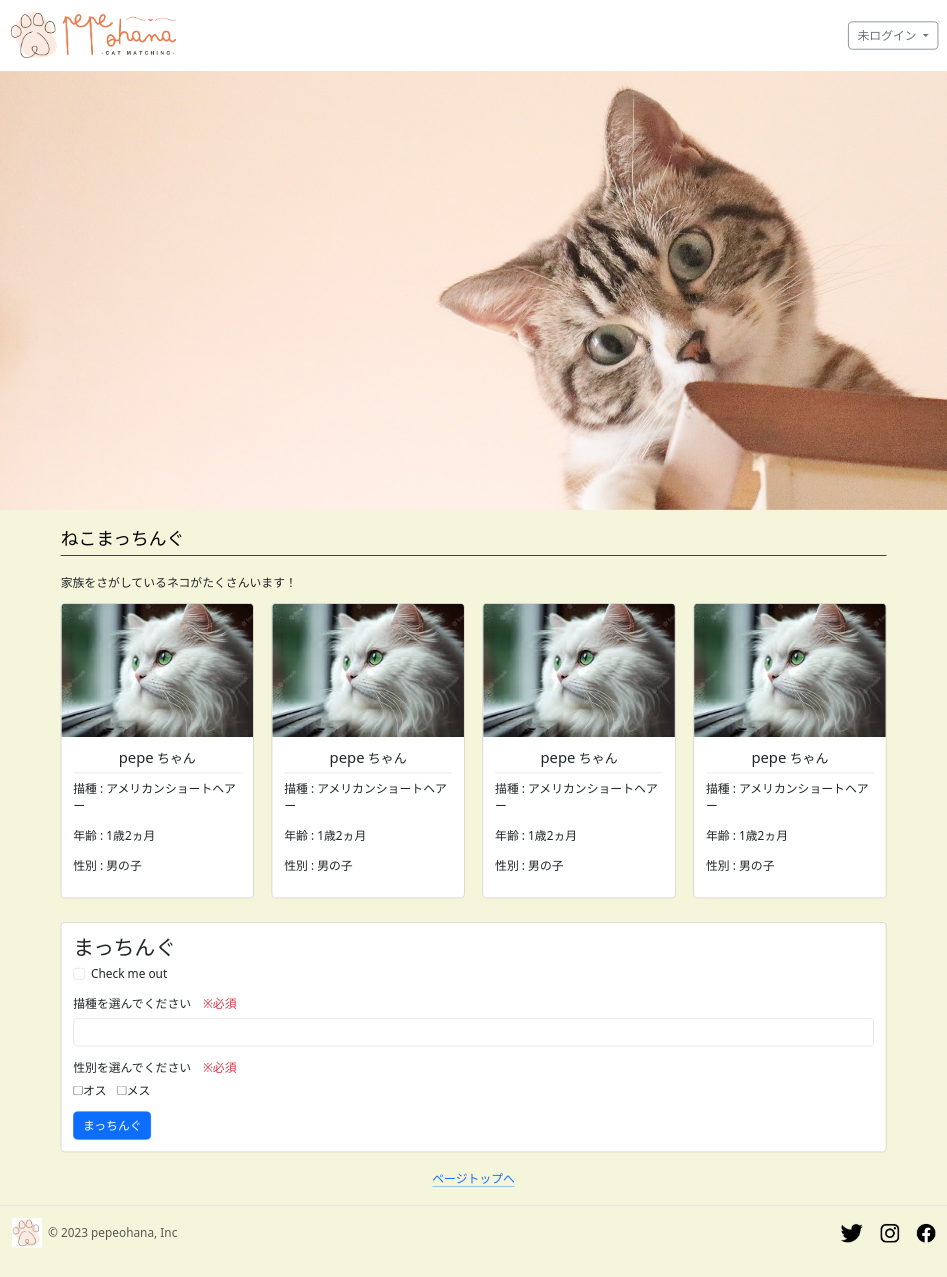
Repository: sakuwell/pepe
Page: http://localhost/PepeOhana/
The author's editor kept a copy of each file at every save. The page is drawn from the files as they stood at one save, then again after the next save.
The browser window is 1280 px wide. The pictures show the whole page, at 74% of full size.
The page is served by Tomcat 9.

Above is the page before, as saved 2023-09-06 05:56:05.

After the next save:
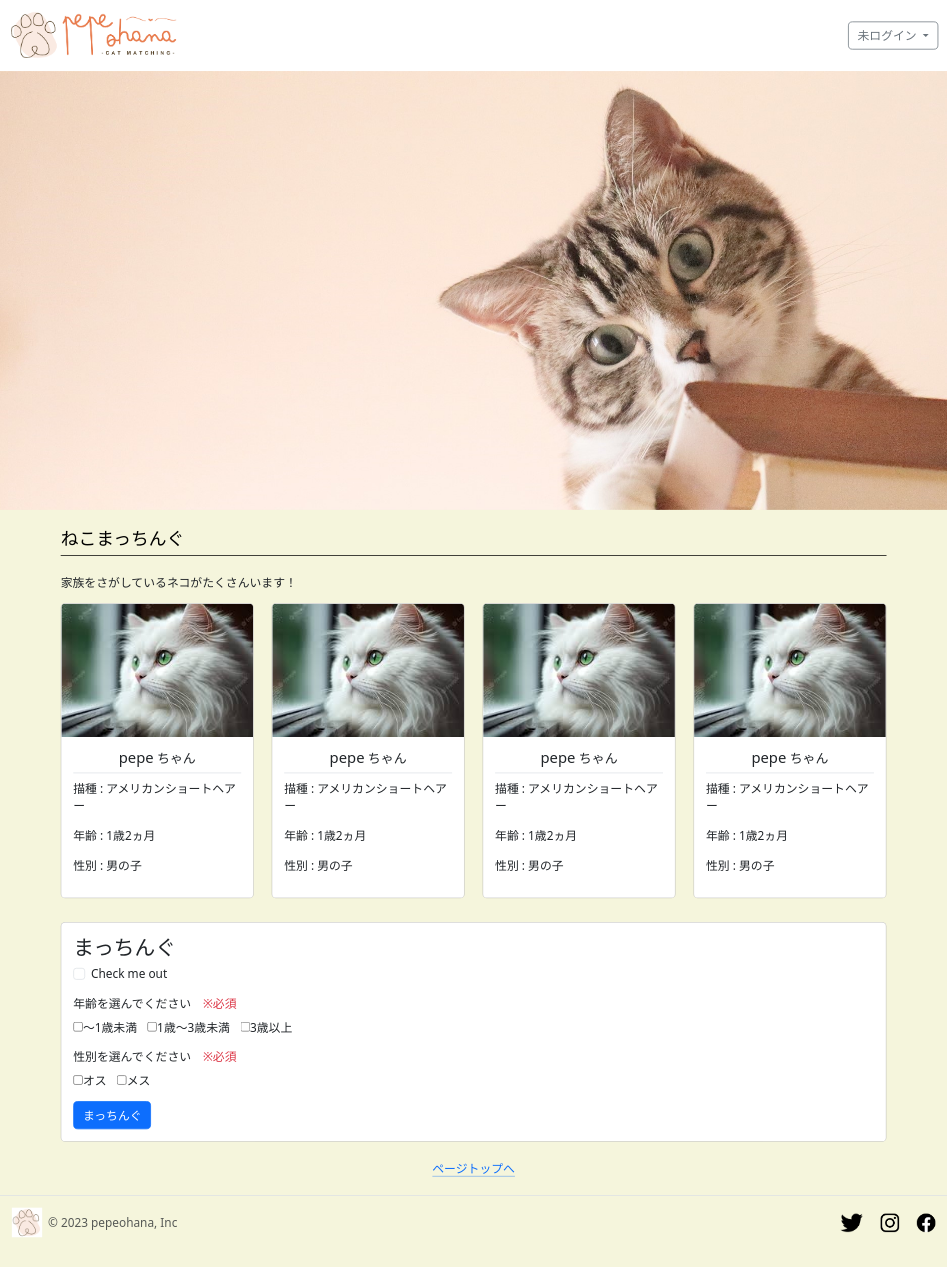
Saved 9 min 12 s later.
--- a/ExWorkSpace/PepeOhana/src/main/webapp/index.jsp
+++ b/ExWorkSpace/PepeOhana/src/main/webapp/index.jsp
@@ -151,8 +151,10 @@
 	 				<label class="form-check-label" for="exampleCheck1">Check me out</label>
 				</div>
 				<div class="mb-3">
-	 				<label for="exampleInputEmail1" class="form-label">描種を選んでください<span class="text-danger">　※必須</span></label>
-	 				<input type="" class="form-control" id="exampleInputEmail1" aria-describedby="emailHelp">
+					<label for="exampleInputEmail1" class="form-label">年齢を選んでください<span class="text-danger">　※必須</span></label><br>
+				    <input type="checkbox" name="GENDER" id="GENDER" value="1">～1歳未満
+				    <input type="checkbox" name="GENDER" id="GENDER" value="2" style="margin-left: 10px;">1歳～3歳未満
+				    <input type="checkbox" name="GENDER" id="GENDER" value="2" style="margin-left: 10px;">3歳以上
 				</div>
 				<div class="mb-3">
 					<label for="exampleInputEmail1" class="form-label">性別を選んでください<span class="text-danger">　※必須</span></label><br>
